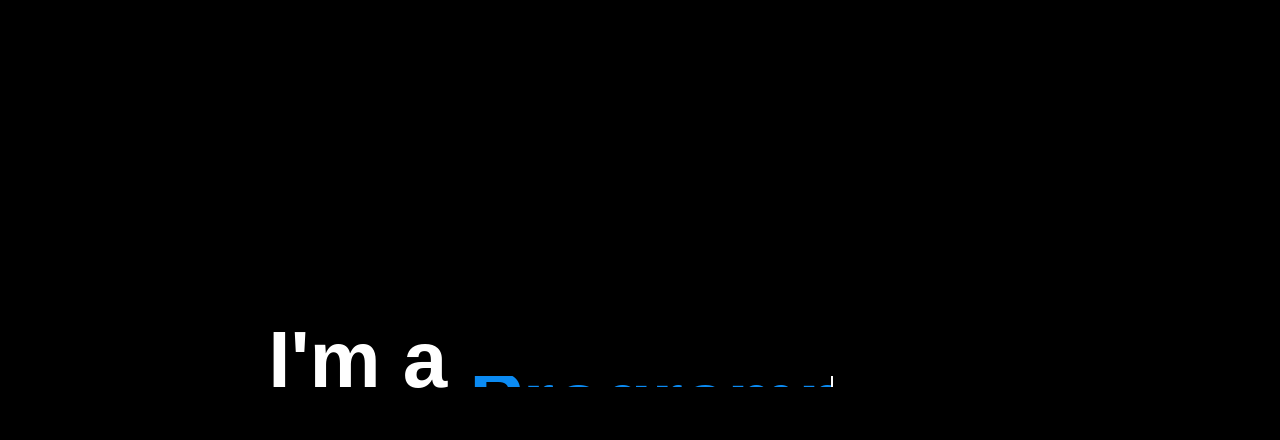
Repository: DevMike1993/Animations_HTML_CSS_JAVASCRIPT
Page: xx_Type_Text_Animation/index.html
These files come from the project's save history. The page is drawn as it stood at one moment and after the next save; the edit follows.
The browser window is 1280 px wide. The pictures show the whole page.

Above is the page before, as saved 2023-12-03 16:45:18.

### xx_Type_Text_Animation/index.html
<!DOCTYPE html>
<html lang="en">
<head>
    <meta charset="UTF-8">
    <meta name="viewport" content="width=device-width, initial-scale=1.0">
    <link rel="stylesheet" href="style.css">
    <title>Type Text Animation</title>
</head>
<body>
    <div= class="text-box">
        <div class="fixed-text">I'm a</div>
        <div class="animated-text">
            <div>
                <span>Photographer.</span>
                <span>Programmer.</span>
                <span>Designer.</span>
            </div>
        </div>
    </div>
</body>
</html>

### xx_Type_Text_Animation/style.css
*,*:after,*:before{
    -webkit-box-sizing: border-box;
    -moz-box-sizing: border-box;
    -ms-box-sizing: border-box;
    box-sizing: border-box;
}

body {
    font-family: "Montserrat", sans-serif;
    font-size: 18px;
    margin: 0;
    background: #000;
    color: rgb(11, 139, 243);
    display: flex;
    align-items: center;
    font-size-adjust: center;
    justify-content: space-around;
    min-height: 100vh;
}

.text-box {
    font-size: 80px;
    font-weight: 900;
    text-align: center;
    width: 100%;
}

.fixed-text {
    display: inline-block;
    color: #fff;
    vertical-align: top;
}

.animated-text {
    display: inline-block;
    height: 11px;
    overflow: hidden;
}

.animated-text div{
    animation: 9s wordChange;
    animation-iteration-count: infinite;
    animation-timing-function: steps(1);
}

.animated-text span {
    position: relative;
    color: rgb(11, 139, 243);
    display: block;
    text-align: left;
}

.animated-text span:after {
    content: "";
    position: absolute;
    left: 0;
    height: 100%;
    border-left: 2px solid white;
    right: -2px;
    background-color: #000;
    animation: 3s textType;
    animation-iteration-count: infinite;
    animation-timing-function: steps(12);
    animation-fill-mode: backwards;
}

@keyframes textType {
    0%{
        left: 0%;
    }
    50%{
        left: 100%;
    }
    100%{
        left: 0%;
    }
}

@keyframes wordChange {
    0%{
        margin-top: 0;
    }
    33.333%{
        margin-top: -113px;
    }
    66.666%{
        margin-top: -226px;
    }
    100%{
        margin-top: 0;
    }
}

After the next save:
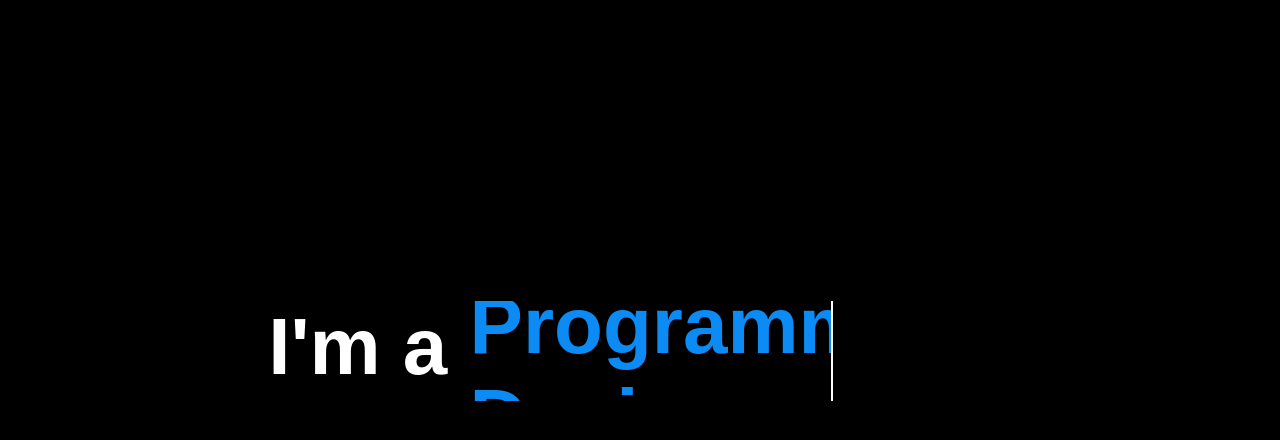
Saved 4 s later.
--- a/xx_Type_Text_Animation/style.css
+++ b/xx_Type_Text_Animation/style.css
@@ -33,7 +33,7 @@
 
 .animated-text {
     display: inline-block;
-    height: 11px;
+    height: 100px;
     overflow: hidden;
 }
 
